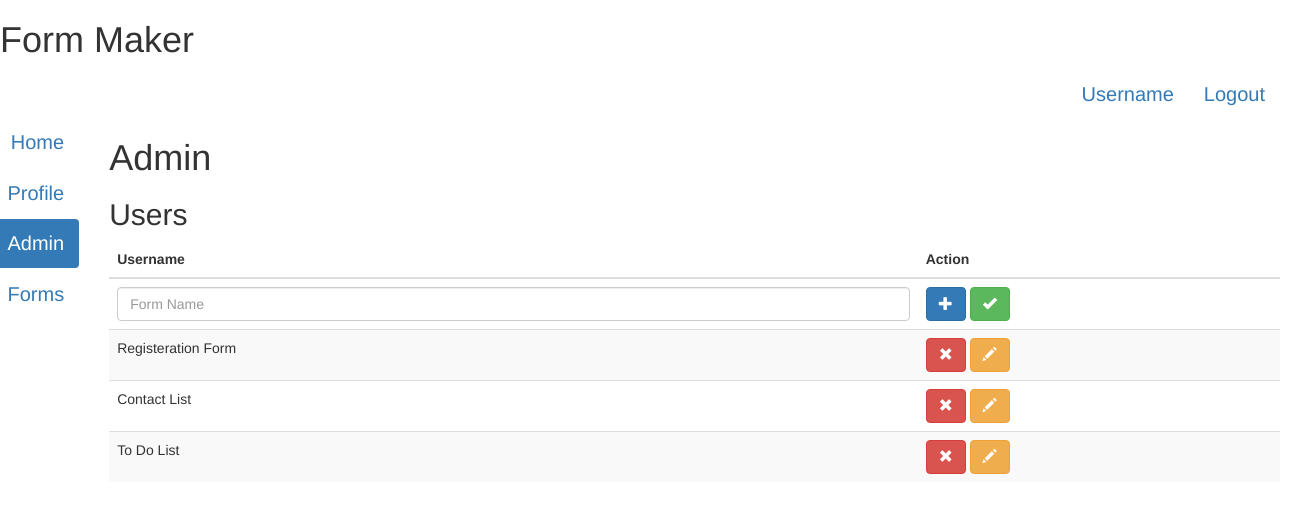
Repository: dishant8/Web-development
Page: public/WebDevWorkspace/Assignment1/WebContent/Css/Bootstrap/admin.html
An editor plug-in stored every save of this project. The page is shown before and after the next save, followed by the edit.
The browser window is 1280 px wide. The page is 1295 px wide, so the pictures cover 1295 px, including what lies to the right of the window. The pictures show the whole page.

Above is the page before, as saved 2015-10-01 02:05:20.

### public/WebDevWorkspace/Assignment1/WebContent/Css/Bootstrap/admin.html
<!DOCTYPE html>
<html>
<head>
<meta charset="ISO-8859-1">
<title>Form Maker</title>
<!--   <link href="Css/bootstrap.min.css" rel="stylesheet" />-->
<link href="app/vendor/bootstrap/dist/css/bootstrap.min.css"
	rel="stylesheet" />

<link rel="stylesheet" href="style.css" />


</head>
<body>
	<div>
		<header id="form">
			<h1>Form Maker</h1>
			<ul class="nav nav-pills">
				<li id="logout" role="presentation"><a href="login.html">Logout</a></li>
				<li id="username" role="presentation"><a href="profile.html">Username</a></li>
			</ul>
		</header>

	</div>

	<div class="row">

		<div class="col-xs-1">

			<ul class="nav nav-pills nav-stacked">
				<li role="presentation"><a href="home.html">Home</a></li>
				<li role="presentation"><a href="profile.html">Profile</a></li>
				<li role="presentation" class="active"><a href="admin.html">Admin</a></li>
				<li role="presentation" ><a href="forms.html">Forms</a></li>
			</ul>
		</div>


		<div class="col-xs-11">
			<h1>Admin</h1>
			<h2>Users</h2>

			<table class="table table-striped">
				<thead>
					<tr>
						<th>Username</th>
						<th>Action</th>
					</tr>
					<tr>
						<td><input class="form-control" type="text" name="Form Name"
							placeholder="Form Name" /></td>
						<td><a href="#" class="btn btn-primary"> <scan
									class="glyphicon glyphicon-plus"></scan>
						</a> <a href="#" class="btn btn-success"> <scan
									class="glyphicon glyphicon-ok"></scan>
						</a></td>
					</tr>
				</thead>
				<tbody>
					<tr>
						<td>Registeration Form</td>
						<td><a href="#" class="btn btn-danger"> <scan
									class="glyphicon glyphicon-remove"></scan>
						</a> <a href="#" class="btn btn-warning"> <scan
									class="glyphicon glyphicon-pencil"></scan>
						</a></td>
					</tr>
					<tr>
						<td>Contact List</td>
						<td><a href="#" class="btn btn-danger"> <scan
									class="glyphicon glyphicon-remove"></scan>
						</a> <a href="#" class="btn btn-warning"> <scan
									class="glyphicon glyphicon-pencil"></scan>
						</a></td>
					</tr>
					<tr>
						<td>To Do List</td>
						<td><a href="#" class="btn btn-danger"> <scan
									class="glyphicon glyphicon-remove"></scan>
						</a> <a href="#" class="btn btn-warning"> <scan
									class="glyphicon glyphicon-pencil"></scan>
						</a></td>
					</tr>

				</tbody>
			</table>

		</div>
	</div>
</body>

### public/WebDevWorkspace/Assignment1/WebContent/Css/Bootstrap/style.css
body{
margin="10px";
padding="10px";

}

.col-md-1{
	border-right: black solid medium;
	border-top: black solid medium;
	border-bottom: black solid medium;
	border-left: black solid medium;
	font-size :15px;
}

#form{
		font-size: 20px;
	}


.contain{
		border-bottom: black solid medium;
	border-top: black solid medium;
	border-right: black solid medium;
	border-left: black solid medium;
	margin-top: 30 px;
	margin-bottom: 30 px;
	margin-left: 30 px;
	margin-right: 30 px;

}

#navigate{
	float= right;
	font-size: 20px;
}

.nav-pills>li{
	float: right;
	font-size: 20px;
}

#tab{
	float: left;
	font-size: 20px;
}

Loaded but not shown: public/WebDevWorkspace/Assignment1/WebContent/Css/Bootstrap/app/vendor/bootstrap/dist/css/bootstrap.min.css (library)

After the next save:
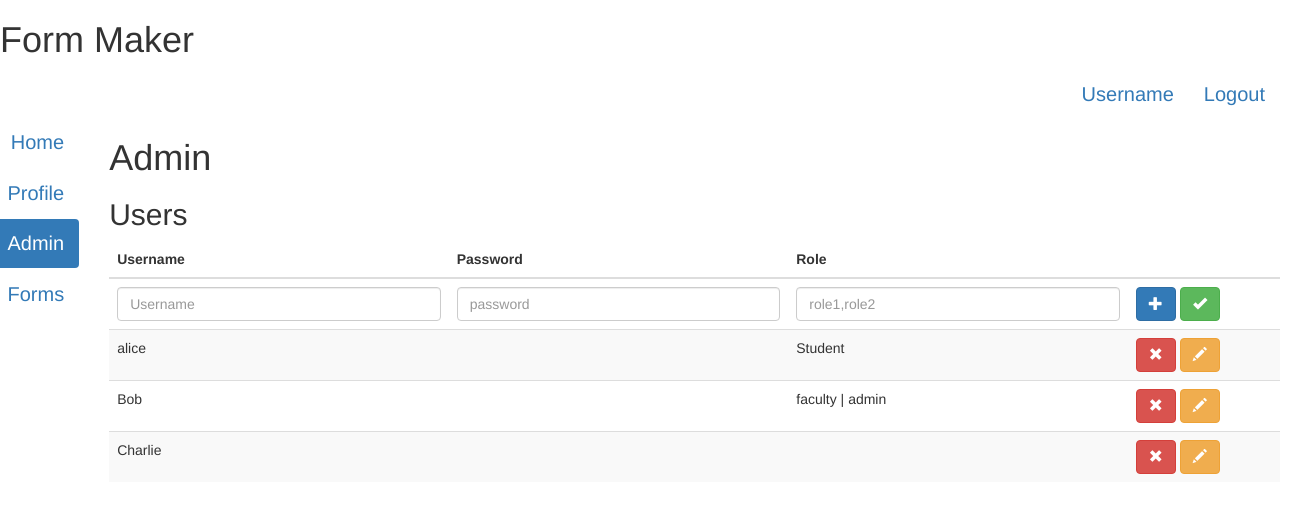
Saved 34 s later.
--- a/public/WebDevWorkspace/Assignment1/WebContent/Css/Bootstrap/admin.html
+++ b/public/WebDevWorkspace/Assignment1/WebContent/Css/Bootstrap/admin.html
@@ -44,11 +44,17 @@
 				<thead>
 					<tr>
 						<th>Username</th>
-						<th>Action</th>
+						<th>Password</th>
+						<th>Role</th>
+						<th>&nbsp;</th>
 					</tr>
 					<tr>
-						<td><input class="form-control" type="text" name="Form Name"
-							placeholder="Form Name" /></td>
+						<td><input class="form-control" type="text" name="Username"
+							placeholder="Username" /></td>
+						<td><input class="form-control" type="text" name="password"
+							placeholder="password" /></td>
+						<td><input class="form-control" type="text" name="role"
+							placeholder="role1,role2"></td>
 						<td><a href="#" class="btn btn-primary"> <scan
 									class="glyphicon glyphicon-plus"></scan>
 						</a> <a href="#" class="btn btn-success"> <scan
@@ -58,7 +64,10 @@
 				</thead>
 				<tbody>
 					<tr>
-						<td>Registeration Form</td>
+						<td>alice</td>
+						<td></td>
+
+						<td>Student</td>
 						<td><a href="#" class="btn btn-danger"> <scan
 									class="glyphicon glyphicon-remove"></scan>
 						</a> <a href="#" class="btn btn-warning"> <scan
@@ -66,7 +75,9 @@
 						</a></td>
 					</tr>
 					<tr>
-						<td>Contact List</td>
+						<td>Bob</td>
+						<td></td>
+						<td>faculty | admin</td>
 						<td><a href="#" class="btn btn-danger"> <scan
 									class="glyphicon glyphicon-remove"></scan>
 						</a> <a href="#" class="btn btn-warning"> <scan
@@ -74,7 +85,9 @@
 						</a></td>
 					</tr>
 					<tr>
-						<td>To Do List</td>
+						<td>Charlie</td>
+						<td></td>
+						<td></td>
 						<td><a href="#" class="btn btn-danger"> <scan
 									class="glyphicon glyphicon-remove"></scan>
 						</a> <a href="#" class="btn btn-warning"> <scan
